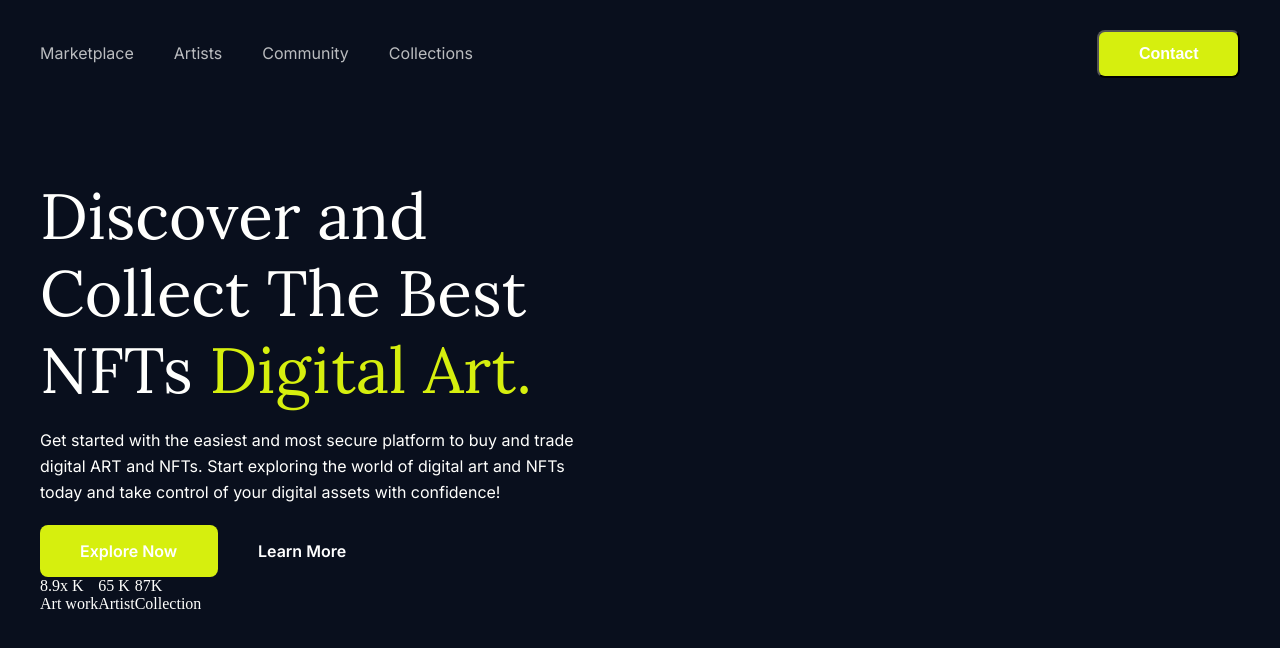
Repository: Kamron5505/NftMarketplace
Page: index.html
The author's editor kept a copy of each file at every save. The page is drawn from the files as they stood at one save, then again after a run of saves.
The browser window is 1280 px wide. The pictures show the whole page.

Above is the page before, as saved 2025-07-08 13:31:37.

### index.html
<!DOCTYPE html>
<html lang="en">

<head>
    <meta charset="UTF-8">
    <meta name="viewport" content="width=device-width, initial-scale=1.0">
    <title>NFTMarketplace Landing</title>
    <link rel="stylesheet" href="./style.css">
    <link
        href="https://fonts.googleapis.com/css2?family=Inter:wght@400;600;700&family=Source+Sans+Pro:wght@400;600;700&family=Lora:wght@400;700&display=swap"
        rel="stylesheet">

</head>

<body>
    <header class="header">
        <div class="container">
            <nav class="nav">
                <ul class="nav-list">
                    <li class="nav-item"><a href="#" class="nav-link">Marketplace</a></li>
                    <li class="nav-item"><a href="#" class="nav-link">Artists</a></li>
                    <li class="nav-item"><a href="#" class="nav-link">Community</a></li>
                    <li class="nav-item"><a href="#" class="nav-link">Collections</a></li>
                </ul>
                <button class="header-contact-btn">Contact</button>
            </nav>
        </div>
    </header>
    <main class="main">
        <section class="nft-section">
            <div class="container">
                <div class="nft-wrapper">
                    <div class="content-left">
                        <h1 class="title">
                            Discover and <br>
                            Collect The Best <br>
                            NFTs <span class="highlight"> Digital Art.</span>
                        </h1>

                        <p class="description">
                            Get started with the easiest and most secure platform to buy and trade digital ART and NFTs.
                            Start exploring the world of digital art and NFTs today and take control of your digital
                            assets with confidence!
                        </p>

                        <div class="buttons">
                            <a href="#" class="btn btn-primary">Explore Now</a>
                            <a href="#" class="btn btn-secondary">Learn More</a>
                        </div>

                        <div class="stats">
                            <div class="stat">
                                <div class="number">8.9x <span>K</span></div>
                                <div class="label">Art work</div>
                            </div>
                            <div class="stat">
                                <div class="number">65 <span>K</span></div>
                                <div class="label">Artist</div>
                            </div>
                            <div class="stat">
                                <div class="number">87<span>K</span></div>
                                <div class="label">Collection</div>
                            </div>
                        </div>
                    </div>
                    <!-- <div class="content-right">
                        <div class="card">
                            <img src="nft-image.jpg" alt="NFT Image" class="card-image">
                            <div class="card-info">
                                <div class="card-timer">
                                    <span>Ends in</span>
                                    <span class="time">05:45:47</span>
                                </div>
                                <div class="card-bid">
                                    <span>Current bid</span>
                                    <span class="eth">0.24 ETH</span>
                                </div>
                                <a href="#" class="btn btn-bid">Place A Bid</a>
                            </div>
                        </div>
                    </div> -->
                </div>
            </div>
        </section>
    </main>
</body>

</html>

### style.css
@font-face {
    font-family: 'Canela';
    src: url('../fonts/Canela-Bold.woff2') format('woff2');
    font-weight: bold;
    font-style: medium;
}

* {
    margin: 0;
    padding: 0;
    text-decoration: none;
    list-style: none;
    box-sizing: border-box;
}

body {
    background: #090f1d;
    color: #fffffd;
}

:root {
    --font-family: "Inter", sans-serif;
    ---family: "Source Sans Pro", sans-serif;
    --font-family: "Lora", sans-serif;
}

h1,
h2,
h3,
h4,
h5,
h6 {
    font-family: "Lora", sans-serif;
    font-weight: bold;
    font-weight: 500;
    font-size: 64px;
    line-height: 120%;
    color: #fffffd;
}

:root {
    --font-family: "Inter", sans-serif;
    --second-family: "Source Sans Pro", sans-serif;
    --third-family: "Canela", sans-serif;
}

.highlight {
    color: #d6ef0e;
}

.header {
    margin-top: 30px;
    font-family: "Inter", sans-serif;
}

.container {
    width: 1200px;
    margin: 0 auto;
}

.nav {
    display: flex;
    align-items: center;
    justify-content: space-between;
}

.nav-list {
    display: flex;
    gap: 40px;
}


.nav-link {
    font-weight: 400;
    font-size: 16px;
    line-height: 160%;
    color: rgba(255, 255, 253, 0.72);
}

.nav-link:hover {
    border-bottom: 1px solid #d6ef0e;
    width: 94px;
    height: 26px;
    transition: all 0.3s ease;
}

.header-contact-btn {
    background: #d6ef0e;
    border-radius: 8px;
    padding: 12px 40px;
    width: 143px;
    height: 48px;
    font-weight: 700;
    font-size: 16px;
    line-height: 120%;
    color: #fff;
}



.nft-section {
    margin-top: 100px;
}


.nft-wrapper {}

.content-left {}

.title {}

.highlight {}

.description {
    font-family: "Inter", sans-serif;
    font-weight: 400;
    font-size: 16px;
    width: 544px;
    line-height: 160%;
    color: #fffffd;
    margin-top: 20px;
}

.buttons {
    display: flex;
    gap: 40px;
    align-items: center;
    margin-top: 20px;
}

.btn {
    font-family: "Inter", sans-serif;
    font-weight: 600;
    font-size: 16px;
    color: #fff;
}

.btn-primary {

    align-items: center;
    line-height: 120%;
    display: flex;
    border-radius: 8px;
    padding: 12px 40px;
    width: 178px;
    height: 52px;
    background: #d6ef0e;
}

.btn-secondary {}

.stats {
    display: flex;

}

.stat {
    display: flex;
    flex-direction: column;
}

.number {}

.label {}

After the next 3 saves:
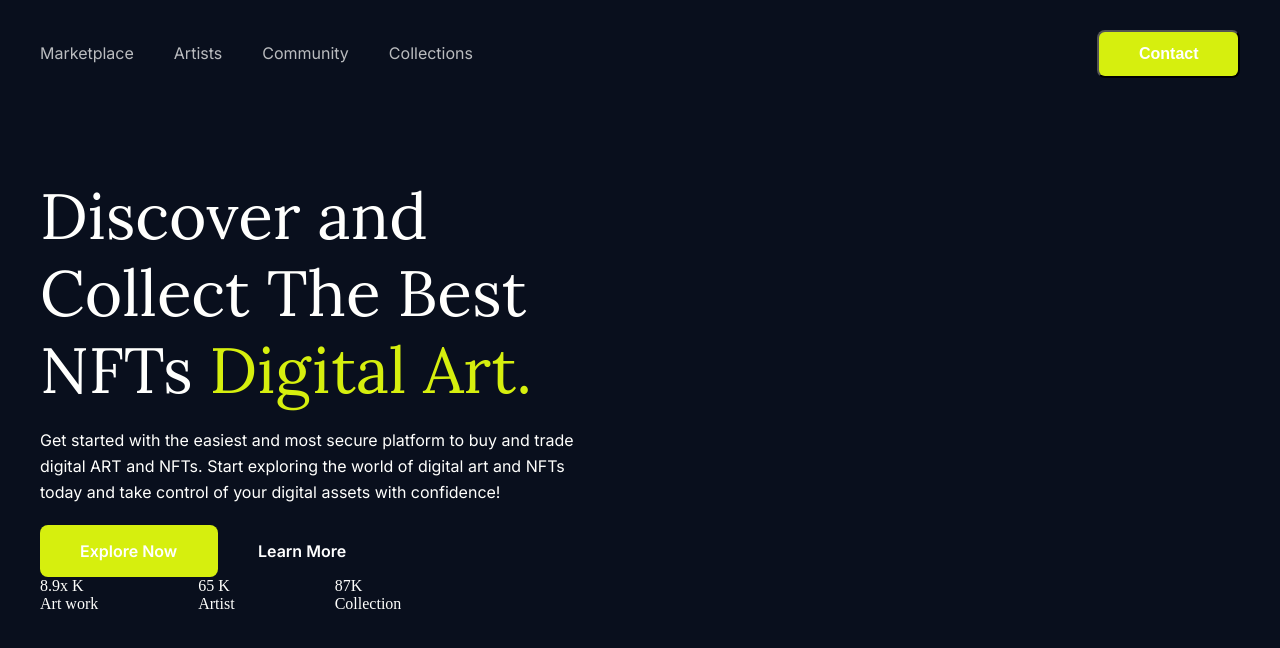
The 3 saves are shown as one change because they came seconds apart.
The last was saved 29 s later.
--- a/style.css
+++ b/style.css
@@ -151,6 +151,7 @@ h6 {
 
 .stats {
     display: flex;
+    gap: 100px;
 
 }
 
